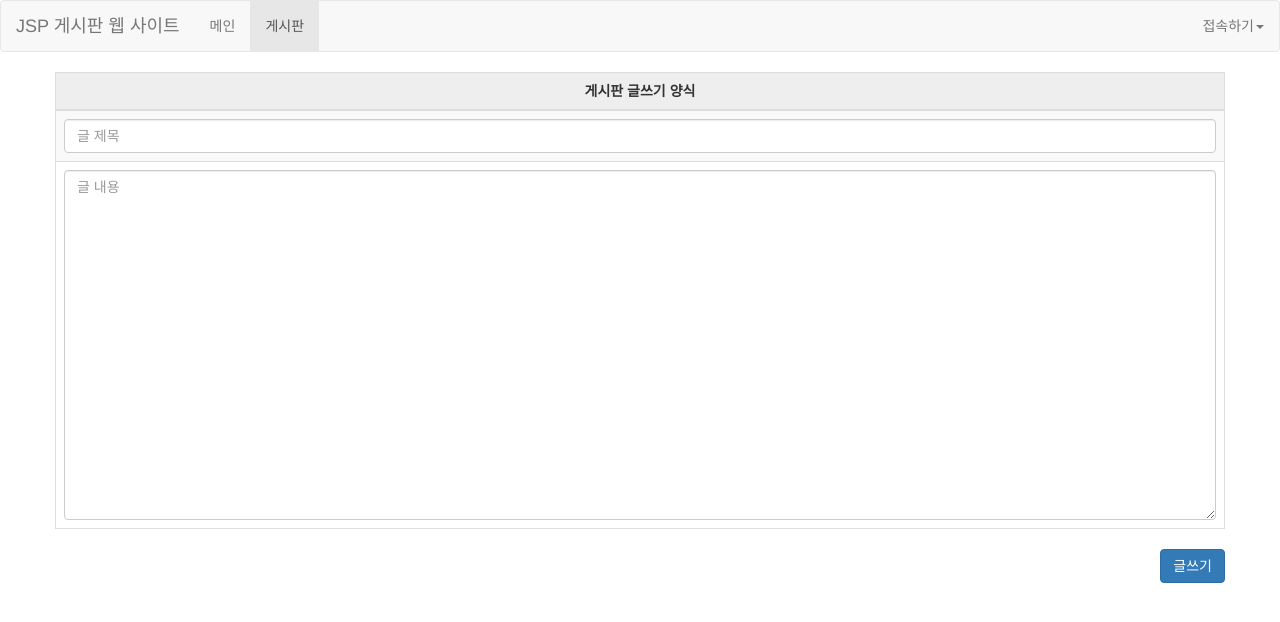
Repository: E-SeongMin/Bulletin-Board-System
Page: http://localhost/BBS_Project/BBS_Content/write.jsp
An editor plug-in stored every save of this project. The page is shown before and after the next save, followed by the edit.
The browser window is 1280 px wide. The pictures show the whole page.
Some web libraries are served in a nearby version. The page is served by Tomcat 9. Other server files are loaded and not shown.

Above is the page before, as saved 2021-05-19 11:28:30.

### projects/BBS_Project/BBS_Content/write.jsp
<%@ page language="java" contentType="text/html; charset=UTF-8"
    pageEncoding="UTF-8"%>
<%@ page import="java.io.PrintWriter" %>
<!DOCTYPE html>
<html>
<head>
<meta http-equiv="Content-Type" content="text/html; charset=UTF-8">
<meta name="viewport" content="width=device-width", initial-scale="1">
<link rel="stylesheet" href="css/bootstrap.css">
<title>JSP 게시판 웹 사이트</title>
</head>
<body>
	<%
		String userID = null;
		if(session.getAttribute("userID") != null) {
			userID = (String) session.getAttribute("userID");
		}
	%>
	<nav class="navbar navbar-default">
		<div class="navbar-header">
			<button type="button" class="navbar-toggle collapsed"
				data-toggle="collapse" data-target="#bs-example-navbar-collapse-1"
				aria-expanded="false">
				<span class="icon-bar"></span>
				<span class="icon-bar"></span>
				<span class="icon-bar"></span>
			</button>
			<a class="navbar-brand" href="main.jsp">JSP 게시판 웹 사이트</a>
		</div>
		<div class="collapse navbar-collapse" id="bs-example-navbar-collapse-1">
			<ul class="nav navbar-nav">
				<li><a href="main.jsp">메인</a></li>
				<li class="active"><a href="bbs.jsp">게시판</a></li>
			</ul>
			<%
				if(userID == null) {
			%>
			<ul class="nav navbar-nav navbar-right">
				<li class="dropdown">
					<a href="#" class="dropdown-toggle"
						data-toggle="dropdown" role="button" aria-haspopup="true"
						aria-expanded="false">접속하기<span class="caret"></span></a>
					<ul class="dropdown-menu">
						<li><a href="login.jsp">로그인</a></li>
						<li><a href="join.jsp">회원가입</a></li>
					</ul>
				</li>
			</ul>
			<%
				} else {
			%>
			<ul class="nav navbar-nav navbar-right">
				<li class="dropdown">
					<a href="#" class="dropdown-toggle"
						data-toggle="dropdown" role="button" aria-haspopup="true"
						aria-expanded="false">회원관리<span class="caret"></span></a>
					<ul class="dropdown-menu">
						<l><a href="logoutAction.jsp">로그아웃</a></li>
					</ul>
				</li>
			</ul>
			<%
				}
			%>
		</div>
	</nav>
	<div class="container">
		<div class="row">
			<form method="post" action="writeAction.jsp">
				<table class="table table-striped" style="text-align: center; border: 1px solid #dddddd">
					<thead>
						<tr>
							<th colspan="2" style="background-color: #eeeeee; text-align: center;">게시판 글쓰기 양식</th>
						</tr>
					</thead>
					<tbody>
						<tr>
							<td><input type="text" class="form-control" placeholder="글 제목" name="bbsTitle" maxlength="50"></td>
						</tr>
						<tr>
							<td><textarea type="text" class="form-control" placeholder="글 내용" name="bbsContent" maxlength="2048" style="height: 350px;"></textarea></td>
						</tr>
					</tbody>
				</table>
				<input type="submit" class="btn btn-primary pull-right" value="글쓰기">
			</form>
		</div>
	</div>
	<script src="https://code.jquery.com/jquery-3.1.1.min.js"></script>
	<script src="js/bootstrap.js"></script>
</body>
</html>

Loaded but not shown: projects/BBS_Project/BBS_Content/css/bootstrap.css (library); projects/BBS_Project/BBS_Content/js/bootstrap.js (library)

After the next save:
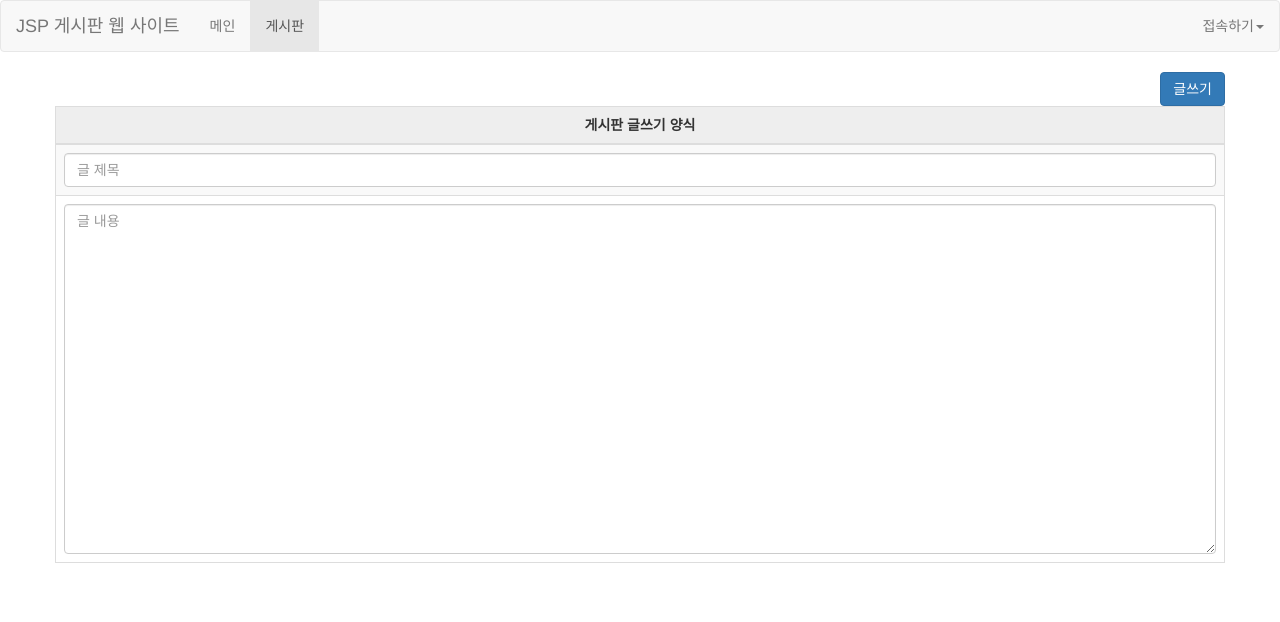
Saved 68 s later.
--- a/projects/BBS_Project/BBS_Content/write.jsp
+++ b/projects/BBS_Project/BBS_Content/write.jsp
@@ -81,8 +81,8 @@
 							<td><textarea type="text" class="form-control" placeholder="글 내용" name="bbsContent" maxlength="2048" style="height: 350px;"></textarea></td>
 						</tr>
 					</tbody>
+					<input type="submit" class="btn btn-primary pull-right" value="글쓰기">
 				</table>
-				<input type="submit" class="btn btn-primary pull-right" value="글쓰기">
 			</form>
 		</div>
 	</div>
